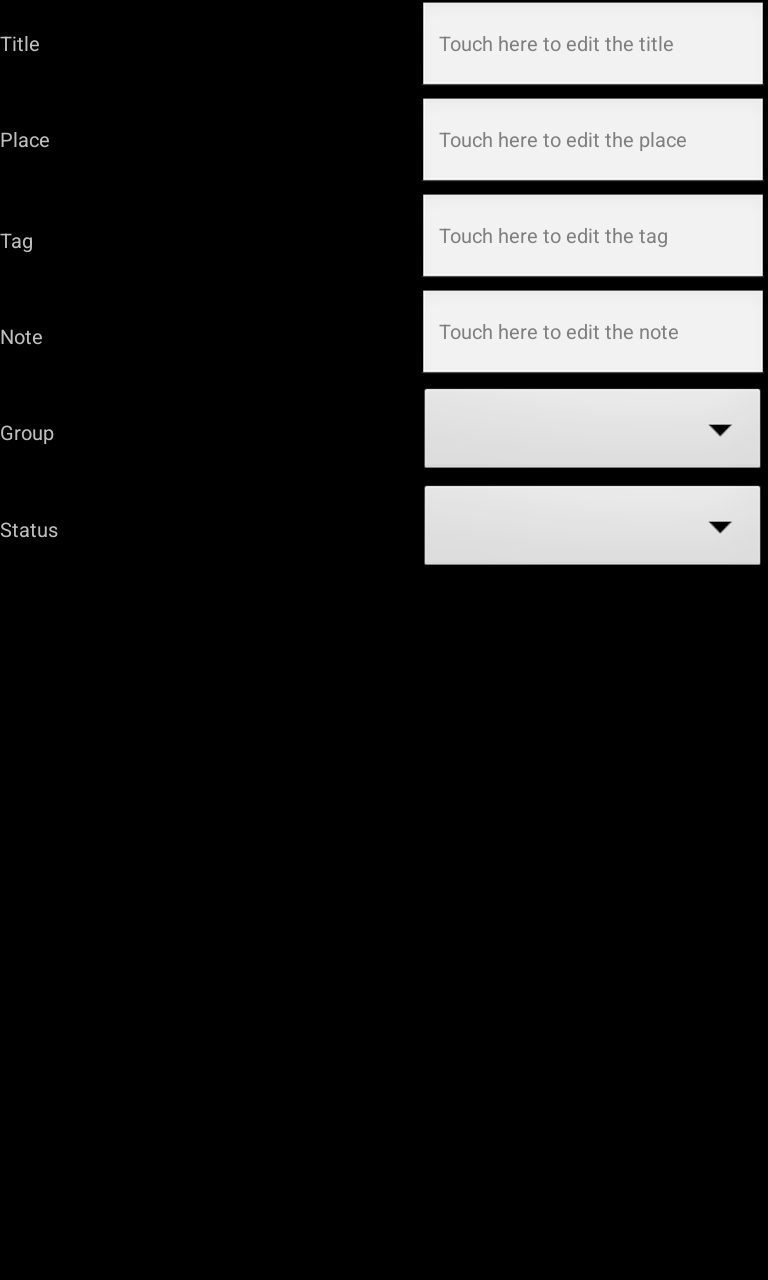
Repository: hilfialkaff/todo
Layout: ToDo_Replica/res/layout/add.xml
The author's editor kept a copy of each file at every save. The layout is drawn from the files as they stood at one save, then again after a run of saves.
It is drawn on a 768 x 1280 px phone screen (xhdpi) without system bars, with theme CustomTheme; the app's code is not run.

Above is the layout before, as saved 2011-03-18 01:56:26.

### ToDo_Replica/res/layout/add.xml
<?xml version="1.0" encoding="utf-8"?>
<LinearLayout xmlns:android="http://schemas.android.com/apk/res/android"
    android:layout_width="fill_parent"
    android:layout_height="fill_parent">
<ScrollView
	android:id="@+id/sc_timeline"
	android:layout_width="wrap_content"
	android:layout_height="wrap_content"
	android:scrollbars="vertical">
<TableLayout
	android:id="@+id/tl_add"
	android:layout_width="fill_parent"
	android:layout_height="wrap_content"
	android:stretchColumns="0">
	<TableRow
		android:id="@+id/tr_title"
		android:layout_width="fill_parent"
		android:layout_height="wrap_content">
		<TextView
			android:id="@+id/tv_title"
			android:layout_width="wrap_content"
			android:layout_height="wrap_content"
			android:text="Title"
			android:textSize="20px">
		</TextView>
		<EditText
			android:id="@+id/et_title"
			android:layout_width="350px"
			android:layout_height="wrap_content"
			android:hint="Touch here to edit the title"
			android:textSize="20px">
		</EditText>
	</TableRow>
	<TableRow
		android:id="@+id/tr_place"
		android:layout_width="fill_parent"
		android:layout_height="wrap_content">
		<TextView
			android:id="@+id/tv_place"
			android:layout_width="wrap_content"
			android:layout_height="wrap_content"
			android:text="Place"
			android:textSize="20px">
		</TextView>
		<EditText
			android:id="@+id/et_place"
			android:layout_width="350px"
			android:layout_height="wrap_content"
			android:hint="Touch here to edit the place"
			android:textSize="20px">
		</EditText>
	</TableRow>
	<TableRow
		android:id="@+id/tr_tag"
		android:layout_width="fill_parent"
		android:layout_height="wrap_content"
		android:gravity="center_vertical">
		<TextView
			android:id="@+id/tv_status"
			android:layout_width="wrap_content"
			android:layout_height="wrap_content"
			android:text="Tag"
			android:textSize="20px">
		</TextView>
		<AutoCompleteTextView
			android:id="@+id/actv_tag"
			android:layout_width="350px"
			android:layout_height="wrap_content"
			android:hint="Touch here to edit the tag"
			android:textSize="20px">
		</AutoCompleteTextView>
	</TableRow>
	<TableRow
		android:id="@+id/tr_note"
		android:layout_width="fill_parent"
		android:layout_height="wrap_content"
		android:gravity="center_vertical">
		<TextView
			android:id="@+id/tv_note"
			android:layout_width="wrap_content"
			android:layout_height="wrap_content"
			android:text="Note"
			android:textSize="20px">
		</TextView>
		<AutoCompleteTextView
			android:id="@+id/actv_note"
			android:layout_width="350px"
			android:layout_height="wrap_content"
			android:hint="Touch here to edit the note"
			android:textSize="20px">
		</AutoCompleteTextView>
	</TableRow>
	<TableRow
		android:id="@+id/tr_group"
		android:layout_width="fill_parent"
		android:layout_height="wrap_content"
		android:gravity="center_vertical">
		<TextView
			android:id="@+id/tv_group"
			android:layout_width="wrap_content"
			android:layout_height="wrap_content"
			android:text="Group"
			android:textSize="20px">
		</TextView>
		<Spinner
			android:id="@+id/s_group"
			android:layout_width="350px"
			android:layout_height="wrap_content">
		</Spinner>
	</TableRow>
	<TableRow
		android:id="@+id/tr_status"
		android:layout_width="fill_parent"
		android:layout_height="wrap_content"
		android:gravity="center_vertical">
		<TextView
			android:id="@+id/tv_status"
			android:layout_width="wrap_content"
			android:layout_height="wrap_content"
			android:text="Status"
			android:textSize="20px">
		</TextView>
		<Spinner
			android:id="@+id/s_status"
			android:layout_width="350px"
			android:layout_height="wrap_content">
		</Spinner>
	</TableRow>
</TableLayout>
</ScrollView>
<Button
	android:id="@+id/b_submit"
	android:layout_width="wrap_content"
	android:layout_height="wrap_content"
	android:gravity="center"
	android:text="Submit"
	android:textSize="20px">
</Button>
</LinearLayout>

### ToDo_Replica/res/values/custom_style.xml
<?xml version="1.0" encoding="UTF-8"?>
<resources>
    <style name="CustomWindowTitleBackground" parent="android:WindowTitleBackground">
        <item name="android:background">@android:color/transparent</item>
    </style>
    <style name="CustomTheme" parent="android:Theme">
        <item name="android:windowTitleSize">50px</item>
        <item name="android:windowTitleBackgroundStyle">@style/CustomWindowTitleBackground</item>
    </style>
</resources>

After the next 3 saves:
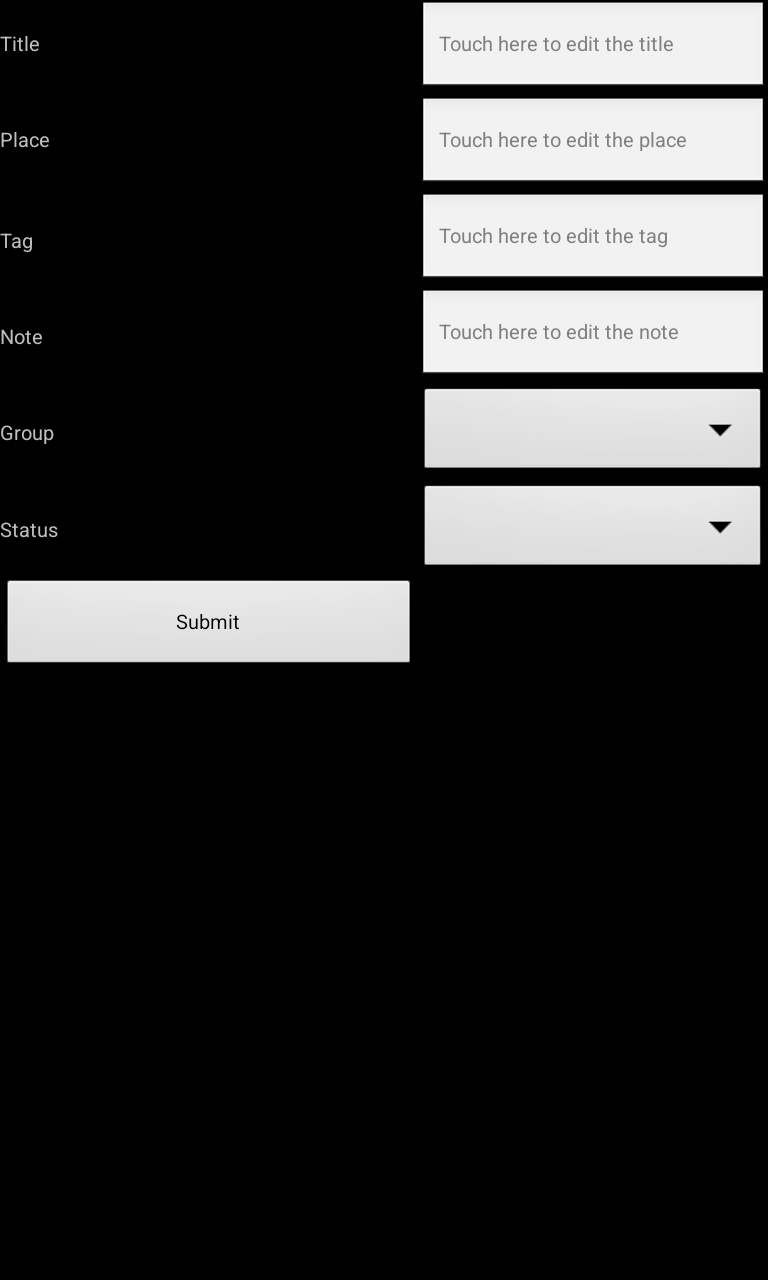
The 3 saves are shown as one change because 2 did not build or start.
The last was saved 2 min 39 s later.
--- a/ToDo_Replica/res/layout/add.xml
+++ b/ToDo_Replica/res/layout/add.xml
@@ -126,14 +126,18 @@
 			android:layout_height="wrap_content">
 		</Spinner>
 	</TableRow>
-</TableLayout>
-</ScrollView>
-<Button
+	<TableRow
+		android:id="@+id/tr_submit"
+		android:layout_width="fill_parent"
+		android:layout_height="wrap_content">
+	<Button
 	android:id="@+id/b_submit"
 	android:layout_width="wrap_content"
 	android:layout_height="wrap_content"
-	android:gravity="center"
 	android:text="Submit"
 	android:textSize="20px">
-</Button>
+	</Button>
+	</TableRow>
+</TableLayout>
+</ScrollView>
 </LinearLayout>
